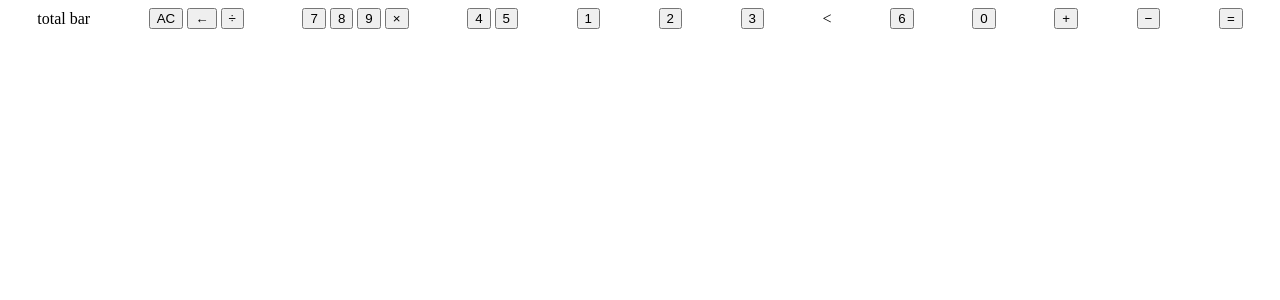
Repository: KaylaDamons/LAB-calculator
Page: index.html
The author's editor kept a copy of each file at every save. The page is drawn from the files as they stood at one save, then again after the next save.
The browser window is 1280 px wide. The pictures show the whole page.

Above is the page before, as saved 2024-01-13 17:37:39.

After the next save:
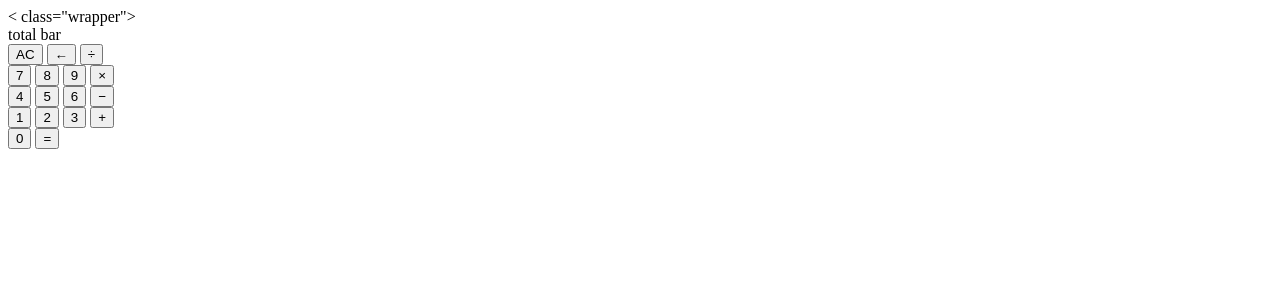
Saved 7 min 39 s later.
--- a/index.html
+++ b/index.html
@@ -6,7 +6,7 @@
   <title>Calculator</title>
 </head>
 <body>
-<div class="wrapper">
+< class="wrapper">
     <div>total bar</div>
     <div class="clearbutton">
        <button class="clear">AC</button>
@@ -24,24 +24,21 @@
     <div class="buttonrow2">
       <button class="button">4</button>
       <button class="button">5</button>
+      <button class="button">6</button>
+       <button class="button">&#8722</button>
+    </div>
 
-    </div>
+    <div class ="buttonrow3">
     <button class="button">1</button>
     <button class="button">2</button>
     <button class="button">3</button>
-    <
+    <button class="button">&#43</button>
+    </div>
 
-    <button class="button">6</button>
-
-
-
+    <div class="buttonrow4">
     <button class="button">0</button>
-    <button class="button">&#43</button>
-    <button class="button">&#8722</button>
-
-
     <button class="button">&#61</button>
-
+    </div>
 
   </div>
 
